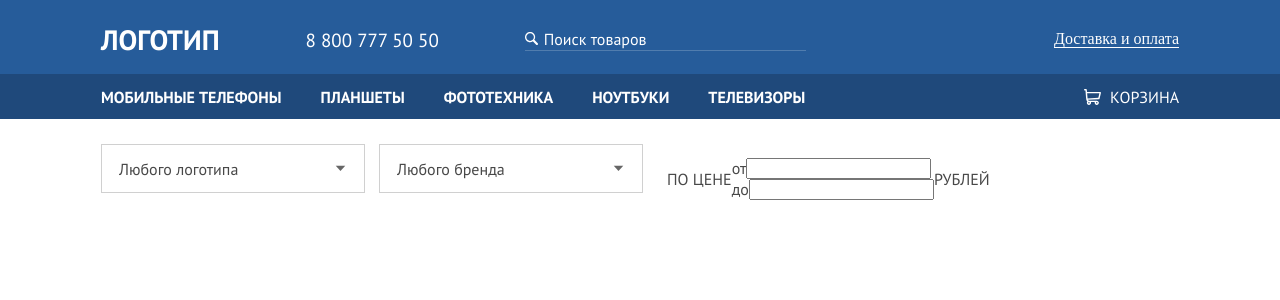
Repository: sem1103/WEBCompany
Page: index.html
These files come from the project's save history. The page is drawn as it stood at one moment and after the next save; the edit follows.
The browser window is 1280 px wide. The pictures show the whole page.

Above is the page before, as saved 2024-01-11 21:36:13.

After the next save:
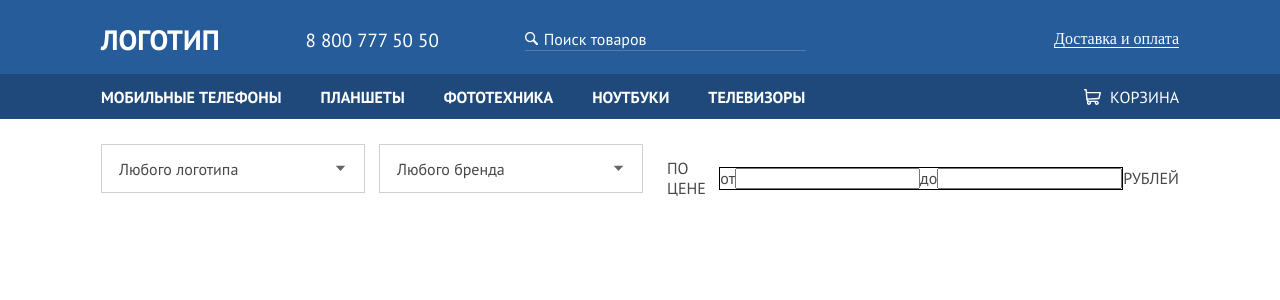
Saved 28 s later.
--- a/styles/main.css
+++ b/styles/main.css
@@ -166,3 +166,8 @@ nav li{
 .price__from, .price__to{
     display: flex;
 }
+
+.price__values{
+    display: flex;
+    border: 1px solid;
+}
